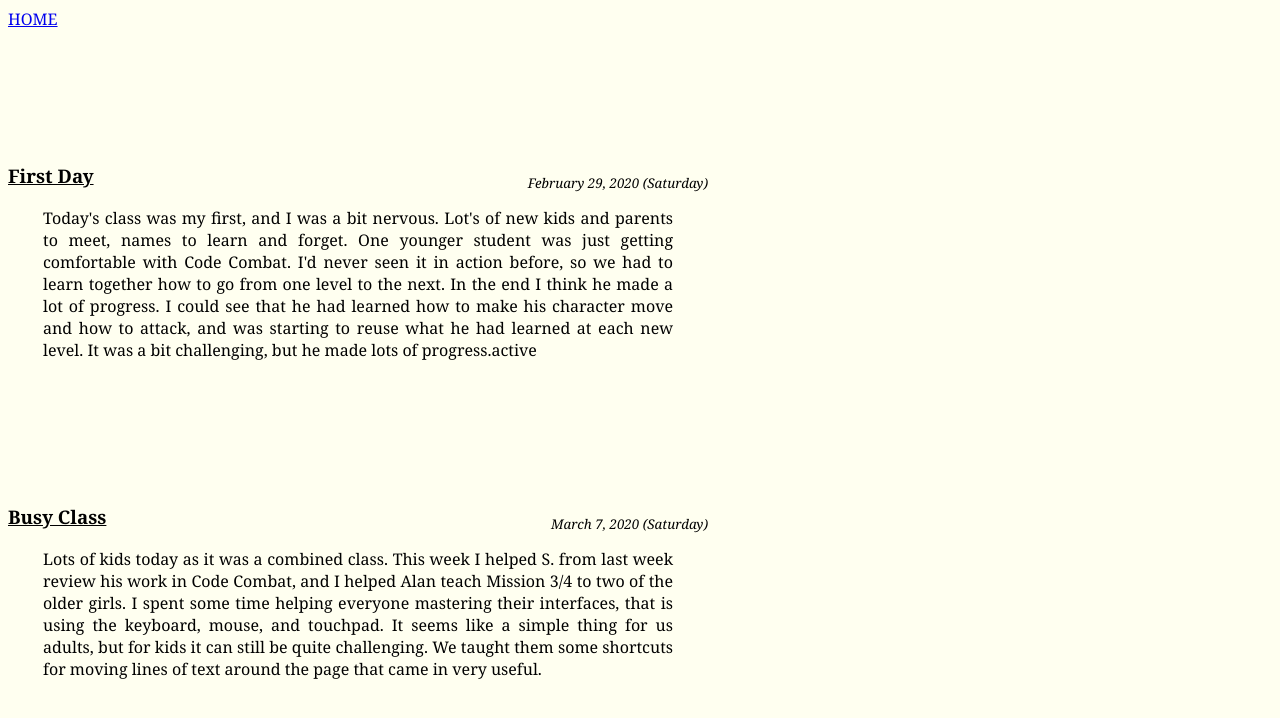
Repository: chocochocosensei/Mission-Exercises
Page: Page1/index.html
These files come from the project's save history. The page is drawn as it stood at one moment and after the next save; the edit follows.
The browser window is 1280 px wide. The pictures show the whole page.

Above is the page before, as saved 2020-03-11 04:23:49.

After the next save:
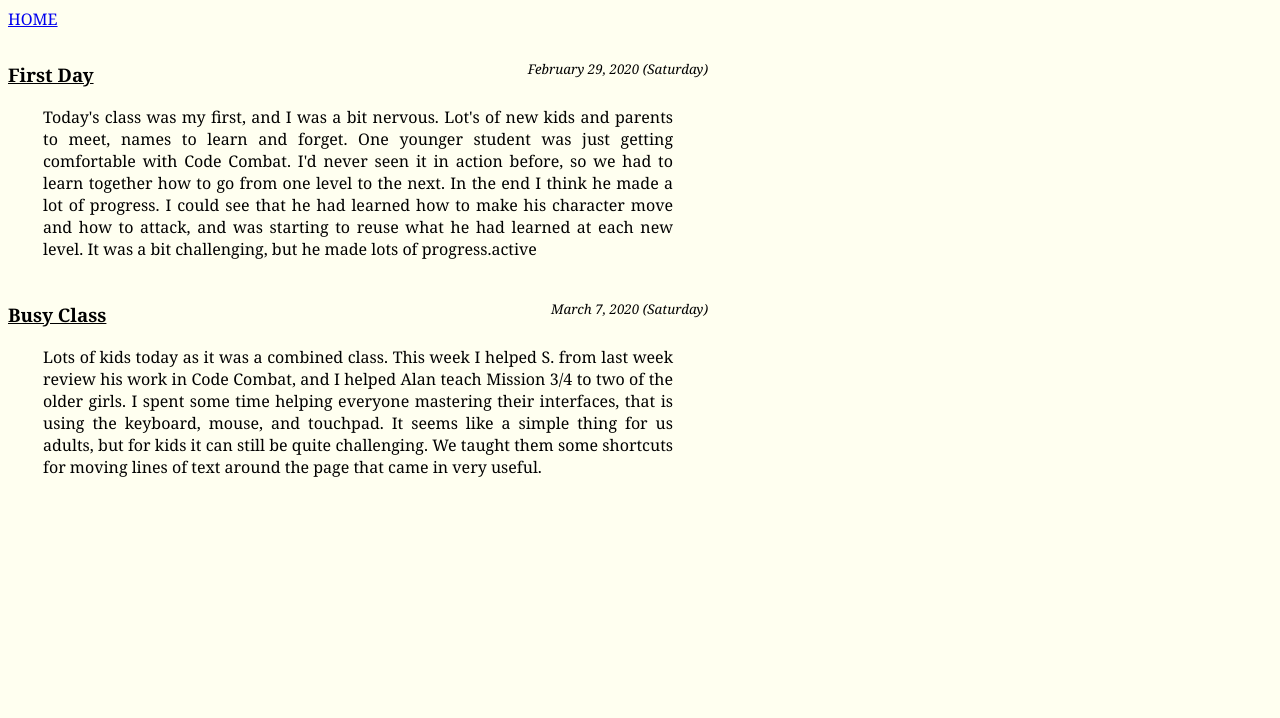
Saved 3 min 15 s later.
--- a/style.css
+++ b/style.css
@@ -26,8 +26,8 @@ body {
     padding-bottom: 10px;
 }
 
-.section-activity .card .title {
-    margin-top: 100pt;
+.section-activity .card .title h3 {
+    padding-top: 10pt;
 }
 
 .section-activity .content p {
